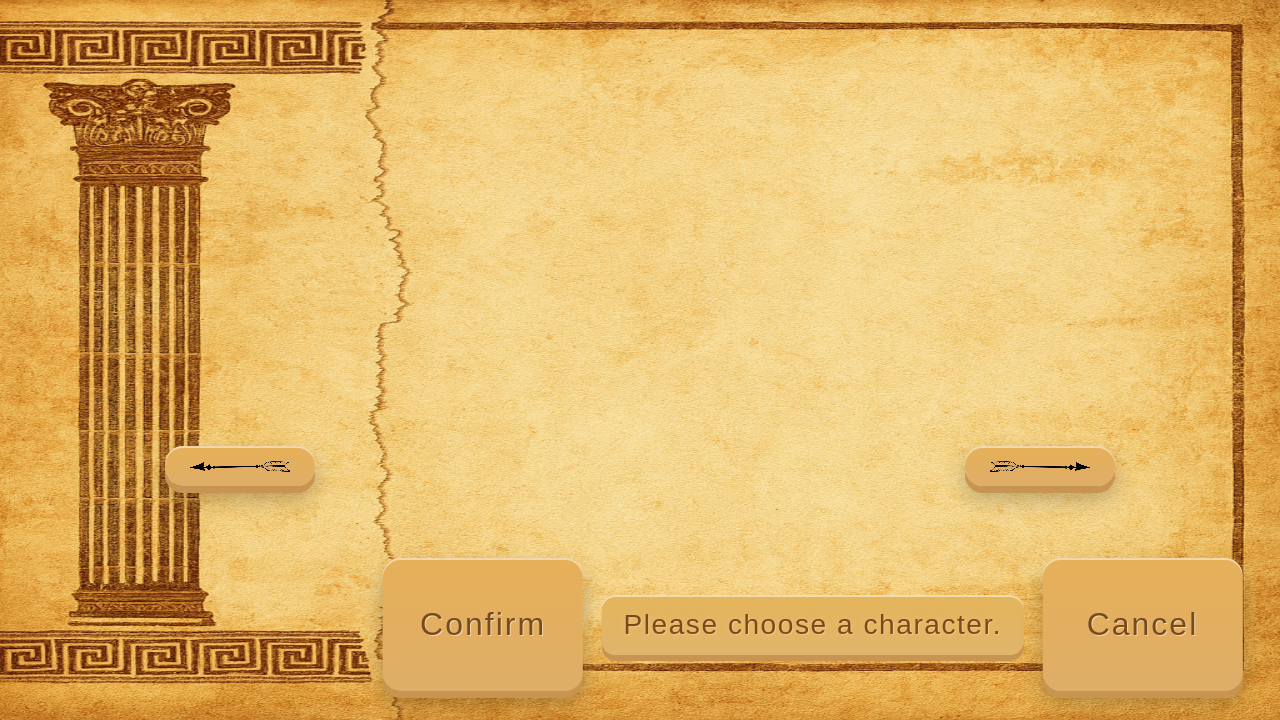
Repository: brianabariteau/Web-1-Final-Project-2025
Page: features/character-selection/character-selection.html
An editor plug-in stored every save of this project. The page is shown before and after a run of saves, followed by the edit.
The browser window is 1280 px wide. The pictures show the whole page.
The page's requests for data from a server got no answer. Some web fonts or font styles are not loaded; a fallback is used.

Above is the page before, as saved 2025-12-21 23:58:16.

### features/character-selection/character-selection.html
<!DOCTYPE html>
<html lang="en">
  <head>
    <meta charset="UTF-8" />
    <meta name="viewport" content="width=device-width, initial-scale=1.0" />
    <title>Player Selection</title>
    <link
      rel="icon"
      type="image/x-icon"
      href="../../assets/characters/zeus.png"
    />
    <link rel="stylesheet" href="./character-selection.css" />
    <script type="module" src="./character-selection.js" defer></script>
    <script
      src="https://code.jquery.com/jquery-3.7.1.min.js"
      integrity="sha256-/JqT3SQfawRcv/BIHPThkBvs0OEvtFFmqPF/lYI/Cxo="
      crossorigin="anonymous"
    ></script>
    <link
      href="https://fonts.googleapis.com/css2?family=Jersey+25&display=swap"
      rel="stylesheet"
    />
  </head>
  <body></body>
</html>

### features/character-selection/character-selection.css
/* -- General Page Layout -- */

body {
  margin: 0;
  padding: 0;
  width: 100vw;
  height: 100vh;
  overflow: hidden;

  display: flex;
  justify-content: center;
  align-items: center;

  position: relative;
  font-family: "Press Start 2P", monospace;
}

/* Full-screen background */
.background {
  position: absolute;
  inset: 0;
  width: 100%;
  height: 100%;
  z-index: -1;
}

/* -- Character Selector Grid [avatar1/2/3] -- */

.character-row {
  /*display: flex;
  justify-content: center;
  align-items: center;
  gap: 1rem;

  position: absolute;
  top: 10%;
  width: 100%;*/
  display: flex;
  justify-content: center;
  align-items: center;
  gap: 1rem;
  width: 100%;
  position: relative; /* not absolute */
}

/* All avatar boxes */
.avatar1,
.avatar2,
.avatar3 {
  /*width: 340px;
  height: 450px;*/
  width: min(28vw, 370px); /* 28% of viewport width, max 340px */
  height: min(28vw, 440px);

  background: transparent;
  border: none;
  padding: 0;

  position: relative;
  cursor: pointer;
  transition: transform 120ms ease;
}

.avatar1:hover,
.avatar2:hover,
.avatar3:hover {
  transform: scale(1.05);
}

/* The decorative box asset */
.background-boxes {
  position: absolute;
  inset: 0;
  width: 100%;
  height: 100%;
  object-fit: fill;
  z-index: 0;
  pointer-events: none;
}

/* If later you put the character image inside an avatar */
.player-avatar {
  position: relative;
  z-index: 1;
  width: 140px;
  height: auto;
  image-rendering: pixelated;
}

/* Info inside the avatar (optional) */
.player-info {
  position: relative;
  z-index: 2;
  color: brown;
  text-shadow: 2px 2px #000;
  font-size: 14px;
  text-align: left;
  margin-left: 10px;
}

/* ───────────── SCROLL ARROWS ABOVE TEXT BOX ───────────── */

.scroll-arrows {
  width: min(200vw, 950px); /* narrower than full screen */
  margin: 0 auto;
  display: flex;
  justify-content: space-between; /* left arrow on left, right arrow on right */
  align-items: center;

  padding: 0 5vw; /* adjusts how far arrows sit from edges */
  position: relative;
  z-index: 15;
  gap: 8rem;
}

/* =========================
   ARROW BUTTON BASE
========================= */
.left-arrow,
.right-arrow {
  width: 150px;
  height: 40px;

  background: linear-gradient(to bottom, #e7b058, #dead68);
  border-radius: 18px;
  border: none;

  display: flex;
  align-items: center;
  justify-content: center;

  cursor: pointer;

  box-shadow: inset 0 2px 0 rgba(255, 255, 255, 0.5), 0 7px 0 #c89451,
    0 12px 22px rgba(0, 0, 0, 0.25);

  transition: transform 0.15s ease, box-shadow 0.15s ease, filter 0.15s ease;
}

.left-arrow:hover,
.right-arrow:hover {
  filter: brightness(1.05);

  box-shadow: inset 0 2px 0 rgba(255, 255, 255, 0.6), 0 7px 0 #c89451,
    0 0 18px rgba(255, 210, 130, 0.7), 0 0 36px rgba(255, 200, 100, 0.4);
}

.left-arrow:active,
.right-arrow:active {
  transform: translateY(5px);

  box-shadow: inset 0 2px 0 rgba(255, 255, 255, 0.4), 0 3px 0 #c89451;
}

.arrowImg {
  width: 100px;
  height: auto;
  image-rendering: pixelated;
  pointer-events: none;
}

.switch-characters {
  display: flex;
  flex-direction: column;
  align-items: center;
  gap: 1rem; /* space between avatars and arrows */

  width: min(90vw, 1200px);
  position: absolute;
  top: 10%;
  width: 100%;
}

/* Every stat becomes a tooltip target */
.stat {
  position: relative;
  cursor: help;
}

/* Tooltip bubble */
.stat:hover::after {
  content: attr(data-info);
  position: absolute;
  left: 50%;
  bottom: 120%;
  transform: translateX(-50%);

  width: max-content;
  max-width: 220px;

  background: rgba(0, 0, 0, 0.9);
  color: white;
  padding: 8px 10px;
  border-radius: 6px;
  font-size: 10px;
  line-height: 1.2;
  text-shadow: none;

  pointer-events: none;
  z-index: 999;
}

/* Tooltip arrow */
.stat:hover::before {
  content: "";
  position: absolute;
  left: 50%;
  bottom: 110%;
  transform: translateX(-50%);

  border-width: 6px;
  border-style: solid;
  border-color: rgba(0, 0, 0, 0.9) transparent transparent transparent;

  z-index: 998;
}

/* ───────────── TEXT BOX (your .box image) ───────────── */

.bottom-panel {
  position: absolute;
  /*bottom: -3%;  how far from bottom of screen */
  bottom: 4%;
  left: 60%;
  /*transform: translateX(-30%);  center horizontally */
  transform: translateX(-45%);

  width: min(70vw, 900px);
  /*width: 40%;  adjust width as needed */
  /*max-width: 900px; */

  display: grid;
  grid-template-columns: 1fr auto 1fr; /* left | center | right */
  align-items: center;
  justify-items: center;
  margin: 0;

  z-index: 10;
}

.box {
  font-size: clamp(1.4rem, 2.2vw, 2rem);
  color: #7a4a1f;
  letter-spacing: 1.5px;

  text-shadow: 1px 1px 0 #f4c87d, 0 0 8px rgba(255, 210, 130, 0.35);

  background: linear-gradient(to bottom, #e5b55b, #e0b56d);
  padding: 14px 22px;
  border-radius: 14px;

  box-shadow: inset 0 2px 0 rgba(255, 255, 255, 0.5), 0 6px 0 #c89451;

  pointer-events: none;
}

/* ───────────── CONFIRM + CANCEL BUTTONS ───────────── */

.button-left,
.button-right {
  display: flex;
  justify-content: center;
  align-items: center;
}

.buttons {
  display: flex;
  gap: 0rem; /* spacing between confirm/cancel */
  position: relative; /* NOT absolute */
  z-index: 10;
}

.confirm,
.cancel {
  min-width: 200px;
  padding: 16px 30px;

  background: linear-gradient(to bottom, #e7b058, #dead68);
  border: none;
  border-radius: 18px;

  cursor: pointer;

  box-shadow: inset 0 2px 0 rgba(255, 255, 255, 0.5), 0 7px 0 #c89451,
    0 12px 22px rgba(0, 0, 0, 0.25);

  transition: transform 0.15s ease, box-shadow 0.15s ease, filter 0.15s ease;
}

.confirm p,
.cancel p {
  font-size: 2rem;
  letter-spacing: 2px;
  color: #7a4a1f;

  text-shadow: 1px 1px 0 #f3d8a8;
}

.confirm:hover,
.cancel:hover {
  filter: brightness(1.05);

  box-shadow: inset 0 2px 0 rgba(255, 255, 255, 0.6), 0 7px 0 #c89451,
    0 0 18px rgba(255, 210, 130, 0.7), 0 0 36px rgba(255, 200, 100, 0.4);
}

.confirm:active,
.cancel:active {
  transform: translateY(5px);

  box-shadow: inset 0 2px 0 rgba(255, 255, 255, 0.4), 0 3px 0 #c89451;
}

/* Position them near bottom-right like your drawing */
.cancel {
  right: 10%;
}

/* ───────────── CHARACTERS ───────────── */
.character {
  position: relative;
  z-index: 10; /* ensures text appears above the background box */
  color: rgb(133, 74, 18);
  justify-items: center;
  text-align: center;
  display: flex;
  object-fit: contain;
  /*padding: 12px 20px;*/
  padding-top: 50px;
  width: 100%;
  height: 100%;
  font-family: "Press Start 2P", monospace; /* matches your game font */
  text-shadow: 2px 2px 0px #ffffff; /* retro look */
}

.inner-character {
  width: 100%; /* smaller than full box so borders show */
  height: 70%; /* keep some space top/bottom */
  padding: 0.4rem; /* small internal padding */
  box-sizing: border-box;

  display: flex;
  flex-direction: column;
  align-items: center;
  justify-content: flex-start;
  gap: 0.1rem; /* tiny gaps between lines */

  overflow-y: auto; /* <-- important: scroll if too tall */
  scrollbar-width: none;
  -ms-overflow-style: none;
}
.character-inner::-webkit-scrollbar {
  display: none;
}

.character-inner h3 {
  margin: 0 0 4px 0;
  font-size: clamp(12px, 1.3vw, 16px);
}

.character-inner p {
  margin: 1px 0;
  font-size: clamp(10px, 1.1vw, 13px);
  line-height: 1.1;
}

/* Smaller sprite so it doesn't eat all vertical space */
.character-inner .character-img {
  width: 90px;
  height: auto;
  margin-bottom: 6px;
}

.character h3 {
  margin: 0 0 10px 0;
  /*font-size: 18px;*/
  font-size: clamp(14px, 1.6vw, 18px);
  letter-spacing: 1px;
}

.character p,
.powers-list {
  font-size: clamp(12px, 1.3vw, 14px);
}

.character p {
  margin: 3px 0;
  /*font-size: 14px;*/
  line-height: 1.2;
}

.powers-list {
  margin: 4px 0 0 16px;
  padding: 0;
  list-style-type: none;
  /*font-size: 14px;*/
}

.character-img {
  display: block;
  margin: 0 auto 10px auto; /* center horizontally + space underneath */
  width: 120px; /* adjust size */
  height: auto;
  image-rendering: pixelated;
  z-index: 5;
  pointer-events: none;
  background: transparent;
}

@media (max-width: 900px) {
  .character-row {
    flex-direction: column;
    top: 4%;
    gap: 0.5rem;
  }

  .avatar1,
  .avatar2,
  .avatar3 {
    width: 80vw;
  }
}

@media (max-width: 900px) {
  .bottom-panel {
    bottom: 2%;
    width: 90vw;
    grid-template-columns: auto;
    row-gap: 0.5rem;
  }

  .buttonImg {
    width: 120px;
  }
}

@media (max-width: 600px) {
  .arrowImg {
    width: 80px;
  }

  .scroll-arrows {
    gap: 1.5rem;
    bottom: 30%;
  }
}

@media (max-width: 600px) {
  .confirm,
  .cancel {
    min-width: 160px;
    padding: 14px 22px;
  }

  .confirm p,
  .cancel p {
    font-size: 1.4rem;
  }

  .box {
    font-size: 1.3rem;
  }
}

@media (max-width: 600px) {
  .left-arrow,
  .right-arrow {
    width: 70px;
    height: 70px;
  }

  .arrowImg {
    width: 32px;
  }
}

/* UI elements use same font as Start / Mode pages */
.confirm,
.cancel,
.box {
  font-family: "Jersey 25", sans-serif;
}

### features/character-selection/character-selection.js
"use strict";

import { fetchCharacters } from "../../services/character-api.js";
import { sortCharacters } from "../../utils/character-sorters.js";
let singlePlayer = localStorage.getItem("single player");
let multiPlayer = localStorage.getItem("multiplayer");

let characters = [];
let currentIndex = 0;

// * Player selection stuff
let selectedPlayer = null;

// * The Background Image
const background = $("<img>")
  .addClass("background")
  .attr("src", "./assets/parchment-background.png")
  .attr("alt", "Background");

// * Characters
function renderCharacters(character) {
  let powersList = "";

  if (Array.isArray(character.powers) && character.powers.length > 0) {
    for (const power of character.powers) {
      powersList += `<li>${power}</li>`;
    }
  } else {
    powersList = `<li>No Powers</li>`;
  }

  return `
    <div class="character">
      <div class="inner-character">
        <img class="character-img" src="${character.imgSrc}" alt="${character.name}"/>
        <h3 class="stat" data-info="${character.tier} - ${character.tierName}">${character.name}</h3>
        <p>HP: ${character.stats.hp}</p>
        <p>Attack: ${character.stats.attack}</p>
        <p>Defense: ${character.stats.defense}</p>
        <p>Speed: ${character.stats.speed}</p>
        <p>Power: ${character.stats.power}</p>
        <p>Resilience: ${character.stats.resilience}</p>
        <p>Stamina: ${character.stats.stamina}</p>
        <p class="stat" data-info="${character.stats.masteryDesc}">Domain Mastery: ${character.stats.domainMastery}</p>
        <p class="stat" data-info="${character.stats.traitDesc}">Special Trait: ${character.stats.specialTrait}</p>
      </div>
    </div>
  `;
}

// * All Characters
const characterRow = $("<div>").addClass("character-row");

// * Arrows + Avatars Div
const switchCharacters = $("<div>").addClass("switch-characters");

// * Avatar 1
const avatar1 = $("<button>").addClass("avatar1");
const avatar1BackgroundBox = $("<img>")
  .addClass("background-boxes")
  .attr("src", "./assets/parchment-box.png")
  .attr("alt", "Background Boxes");

$(avatar1).on("click", () => {
  const first = characters[currentIndex];
  selectCharacter(avatar1, first);
});

// * Avatar 2
const avatar2 = $("<button>").addClass("avatar2");
const avatar2BackgroundBox = $("<img>")
  .addClass("background-boxes")
  .attr("src", "./assets/parchment-box.png")
  .attr("alt", "Background Boxes");

$(avatar2).on("click", () => {
  const second = characters[(currentIndex + 1) % characters.length];
  selectCharacter(avatar2, second);
});

// * Avatar 3
const avatar3 = $("<button>").addClass("avatar3");
const avatar3BackgroundBox = $("<img>")
  .addClass("background-boxes")
  .attr("src", "./assets/parchment-box.png")
  .attr("alt", "Background Boxes");

$(avatar3).on("click", () => {
  const third = characters[(currentIndex + 2) % characters.length];
  selectCharacter(avatar3, third);
});

$(characterRow).append(avatar1, avatar2, avatar3);

function updateAvatarsDisplay() {
  if (!Array.isArray(characters) || characters.length === 0) return;

  const second = characters[(currentIndex + 1) % characters.length];
  const first = characters[currentIndex];
  const third = characters[(currentIndex + 2) % characters.length];

  $(avatar1).html(renderCharacters(first));
  $(avatar2).html(renderCharacters(second));
  $(avatar3).html(renderCharacters(third));

  $(avatar1).append(avatar1BackgroundBox.clone());
  $(avatar2).append(avatar2BackgroundBox.clone());
  $(avatar3).append(avatar3BackgroundBox.clone());
}

async function loadCharacters() {
  characters = await fetchCharacters();
  characters = sortCharacters(characters);
  currentIndex = 0;
  updateAvatarsDisplay();
}

function selectCharacter(avatarElement, character) {
  $(".avatar1, .avatar2, .avatar3").removeClass("selected");
  $(avatarElement).addClass("selected");
  selectedPlayer = character;
}

// * Text Box + Buttons
const bottomPanel = $("<div>").addClass("bottom-panel");

/*
// * Text Box Image
const textBox = $("<img>")
  .addClass("box")
  .attr("src", "./assets/choose-character-text.png")
  .attr("alt", "Text Box"); */
const textBox = $("<p>").addClass("box").text("Please choose a character.");

// * Buttons
const leftButton = $("<div>").addClass("left-button");
const rightButton = $("<div>").addClass("right-button");

// * Confirm Button
const confirmButton = $("<button>").addClass("confirm");
const confirmText = $("<p>").text("Confirm");
/*const confirmImg = $("<img>")
  .addClass("buttonImg")
  .attr("src", "./assets/parchment-confirm-button.png")
  .attr("alt", "Confirm Button Image");  */

$(confirmButton).append(confirmText);
$(confirmButton).on("click", () => {
  if (!selectedPlayer) {
    alert("Please select a character first!");
    return;
  }

  localStorage.setItem("selectedCharacter", JSON.stringify(selectedPlayer));

  window.location.href = "../main-menu/main-menu.html";
});

// * Cancel Button
const cancelButton = $("<button>").addClass("cancel");
const cancelText = $("<p>").text("Cancel");
/*const cancelImg = $("<img>")
  .addClass("buttonImg")
  .attr("src", "./assets/parchment-cancel-button.png")
  .attr("alt", "Cancel Button Image"); */

$(cancelButton).append(cancelText);
$(cancelButton).on("click", () => {
  if (selectedPlayer === null) {
    window.location.href = "../main-menu/index.html";
  }

  selectedPlayer = null;
  $(avatar1).css("box-shadow", "none");
  $(avatar2).css("box-shadow", "none");
  $(avatar3).css("box-shadow", "none");
});

leftButton.append(confirmButton);
$(rightButton).append(cancelButton);
$(bottomPanel).append(confirmButton, textBox, cancelButton);

// * Scroll Arrows
const scrollArrows = $("<div>").addClass("scroll-arrows");

// * Left Arrow
const leftArrow = $("<button>").addClass("left-arrow");
const leftArrowImg = $("<img>")
  .addClass("arrowImg")
  .attr("src", "./assets/left-arrow.png")
  .attr("alt", "Left Arrow");

$(leftArrow).on("click", () => {
  currentIndex = (currentIndex - 1 + characters.length) % characters.length;
  selectedPlayer = null;
  $(avatar1).css("box-shadow", "none");
  $(avatar2).css("box-shadow", "none");
  $(avatar3).css("box-shadow", "none");
  updateAvatarsDisplay();
});
$(leftArrow).append(leftArrowImg);

// * Right Arrow
const rightArrow = $("<button>").addClass("right-arrow");
const rightArrowImg = $("<img>")
  .addClass("arrowImg")
  .attr("src", "./assets/right-arrow.png")
  .attr("alt", "Right Arrow");

$(rightArrow).on("click", () => {
  currentIndex = (currentIndex + 1) % characters.length;
  selectedPlayer = null;
  $(avatar1).css("box-shadow", "none");
  $(avatar2).css("box-shadow", "none");
  $(avatar3).css("box-shadow", "none");
  updateAvatarsDisplay();
});
$(rightArrow).append(rightArrowImg);

$(scrollArrows).append(leftArrow, rightArrow);
$(switchCharacters).append(characterRow, scrollArrows);

$("body").append(background, switchCharacters, bottomPanel);

loadCharacters();

### utils/character-sorters.js
"use strict";
export function sortCharacters(characters) {
  return characters.sort((characterA, characterB) => {
    const scoreA =
      characterA.stats.attack * 2 +
      characterA.stats.power * 2 +
      characterA.stats.defense +
      characterA.stats.hp +
      characterA.stats.speed;

    const scoreB =
      characterB.stats.attack * 2 +
      characterB.stats.power * 2 +
      characterB.stats.defense +
      characterB.stats.hp +
      characterB.stats.speed;

    return scoreB - scoreA;
  });
}

Loaded but not shown: services/character-api.js (396 lines, source omitted)

After the next 2 saves:
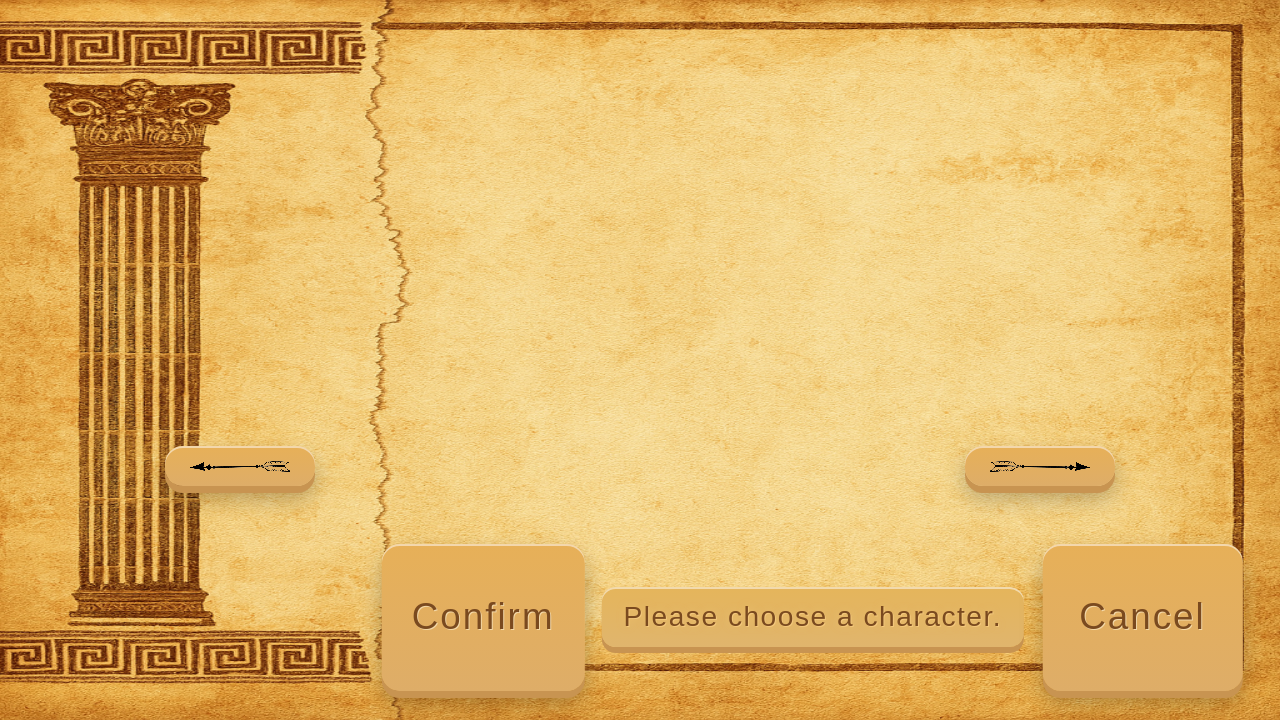
The 2 saves are shown as one change because they came seconds apart.
The last was saved 8 s later.
--- a/features/character-selection/character-selection.css
+++ b/features/character-selection/character-selection.css
@@ -289,7 +289,7 @@ body {
 
 .confirm p,
 .cancel p {
-  font-size: 2rem;
+  font-size: 2.3rem;
   letter-spacing: 2px;
   color: #7a4a1f;
 
